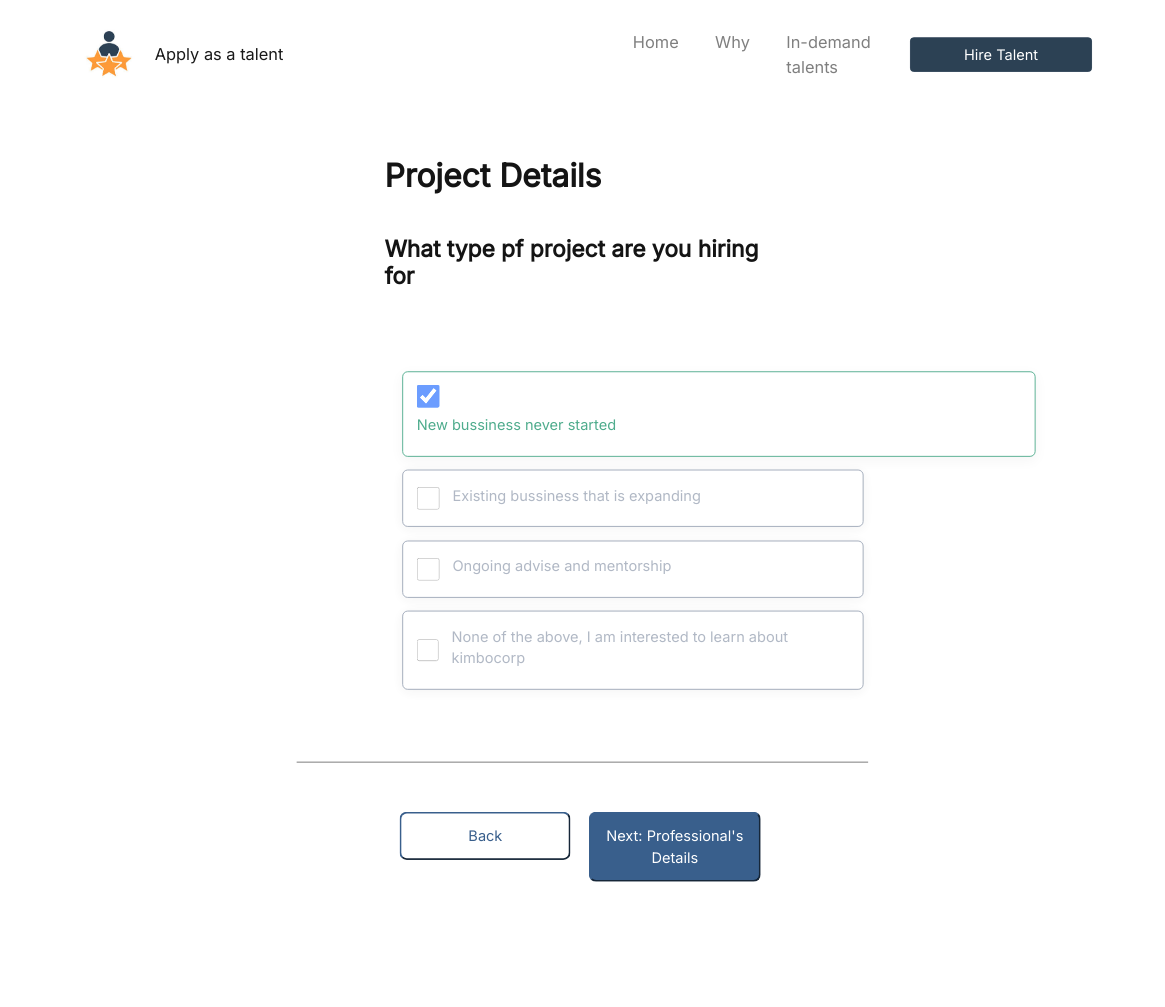
Repository: Ashwe9/talent-hire-reactJs
Page: /projectdetails, after clicking the first element matching `#detail_1`
The author's editor kept a copy of each file at every save. The page is drawn from the files as they stood at one save, then again after the next save.
The browser window is 1280 px wide. The pictures show the whole page, at 91% of full size.
The project was rebuilt for these pictures with package versions that can differ from the ones it lists, and the page was loaded fresh each time. Also part of the build but not shown: src/homePage/components/TrustedBy/TrustedBy.css, src/homePage/components/TrustedBy/TrustedBy.js, src/homePage/components/Roles/Roles.js, src/homePage/components/homePageFooter/HomePageFooter.css, src/homePage/components/homePageFooter/HomePageFooter.js, src/homePage/HomePage.js, src/kpisPage/Header.js, src/kpisPage/DropDown.css and 4 more.

Above is the page before, as saved 2022-08-20 13:17:45.

After the next save:
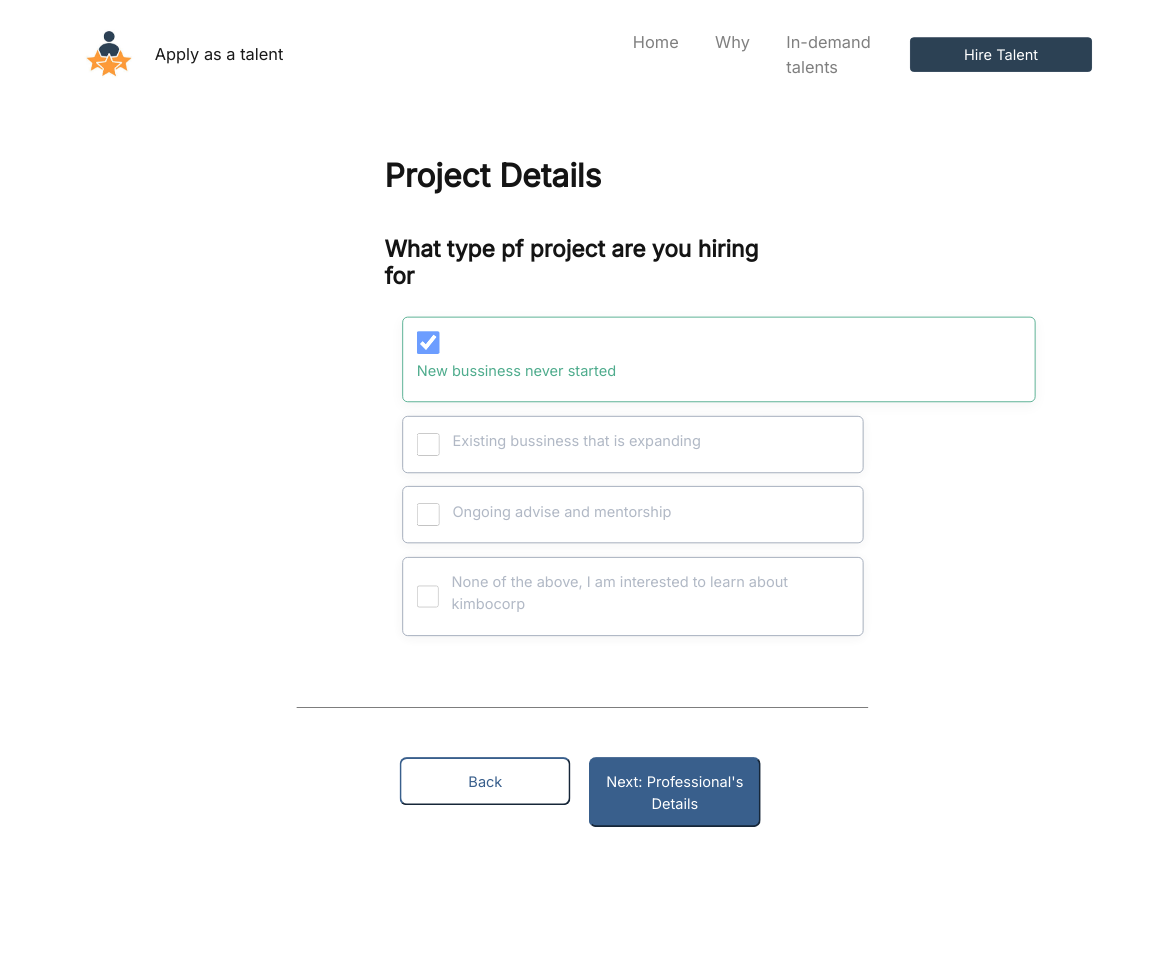
Saved 19 s later.
--- a/src/projectDetails/Details.css
+++ b/src/projectDetails/Details.css
@@ -1,6 +1,5 @@
 .details-box{
     padding: 0px 10%;
-    margin-top: 7%;
     margin-left: 300px;
 }
 
